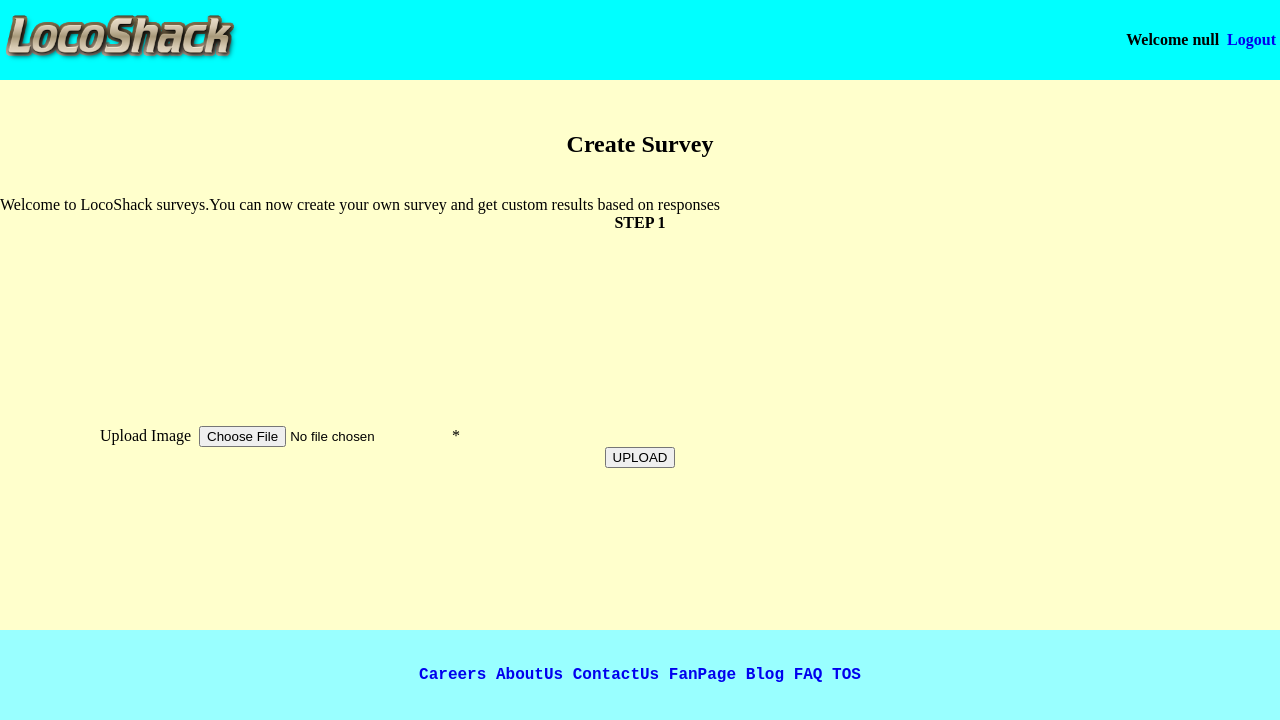
Repository: nicks707/LocoShack_TGMC-project
Page: http://localhost/ram/createsurvey.jsp
An editor plug-in stored every save of this project. The page is shown before and after the next save, followed by the edit.
The browser window is 1280 px wide. The pictures show the whole page.
The page is served by Tomcat 9.

Above is the page before, as saved 2012-03-21 05:54:33.

After the next save:
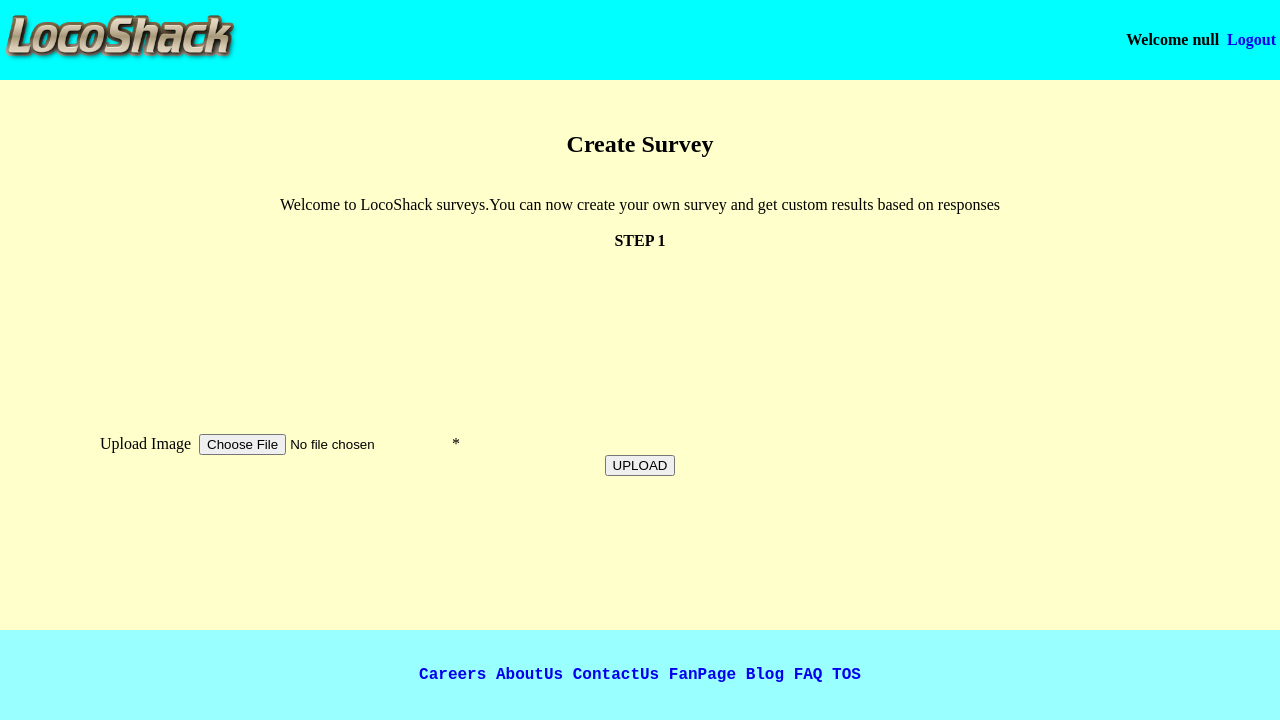
Saved 65 s later.
--- a/ram/WebContent/createsurvey.jsp
+++ b/ram/WebContent/createsurvey.jsp
@@ -34,7 +34,7 @@ return false;
 <tr height="60px"><td><jsp:include page="accheader.jsp"></jsp:include></td></tr>
 <tr><td>
 <center><b><h2>Create Survey</h2></b></center><br/>
-Welcome to LocoShack surveys.You can now create your own survey and get custom results based on responses<br/>
+<center>Welcome to LocoShack surveys.You can now create your own survey and get custom results based on responses</center><br/>
 <center><b>STEP 1</b></center>
 </td></tr>
 <tr><td style="padding:100px;">
